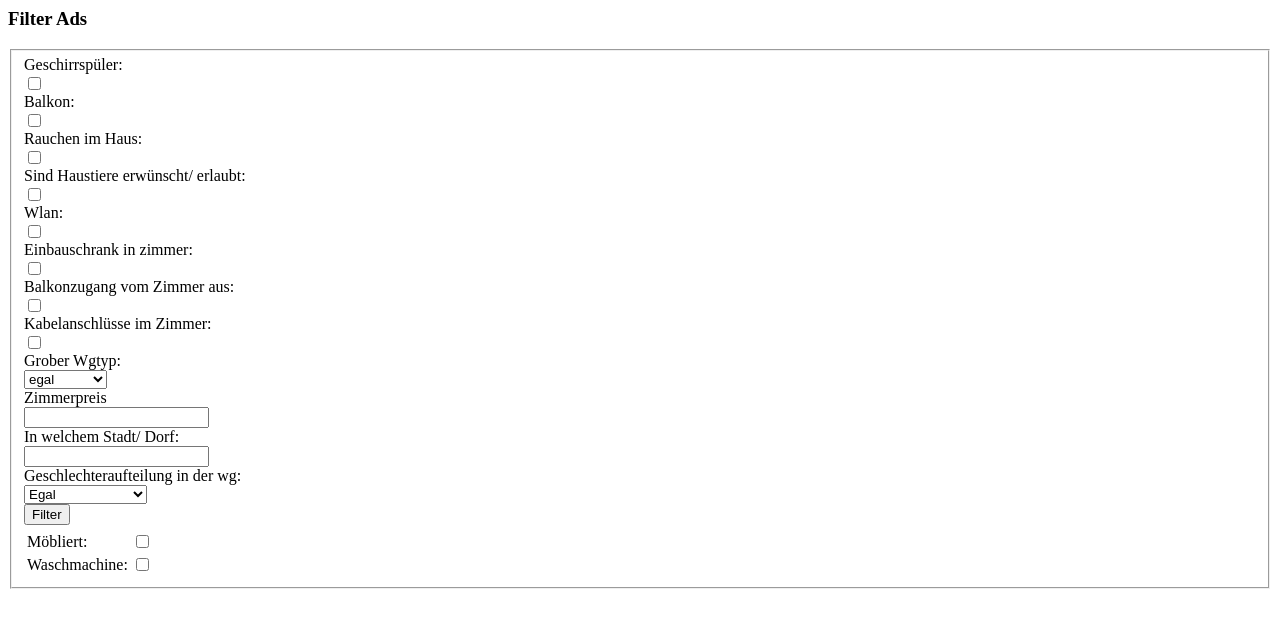
Repository: ese-unibe-ch/ese2014-team2
Page: http://localhost/Skeleton/pages/template/filter.jsp
The author's editor kept a copy of each file at every save. The page is drawn from the files as they stood at one save, then again after the next save.
The browser window is 1280 px wide. The pictures show the whole page.
The page is served by Tomcat 9. Nobody is signed in. The application's start-up code is not run. Other server files are loaded and not shown. The template is opened directly, without the code that normally fills it, so the values that code supplies are empty.

Above is the page before, as saved 2014-10-30 16:35:49.

### Skeleton/src/main/webapp/pages/template/filter.jsp
<%@ page language="java" pageEncoding="UTF-8" contentType="text/html;charset=utf-8" %>
<%@ taglib prefix="c" uri="http://java.sun.com/jsp/jstl/core" %>
<%@ taglib prefix="form" uri="http://www.springframework.org/tags/form" %>
<%@ taglib prefix="spring" uri="http://www.springframework.org/tags" %>

<div class="main">
	<div class="col-sm-12">
    	<div class="panel panel-default">
        	<div class="panel-heading">
            	<h3 class="panel-title">Filter Ads</h3>
            </div>
            <div class="panel-body">
              <form:form method="post" modelAttribute="filterForm" action="filterAds" id="filterForm" cssClass="form-horizontal" autocomplete="off" enctype="multipart/form-data">
		<fieldset>
			<table>
				<tr>
					<td></td>
					<td></td>
				</tr>

				<tr>
					<td>
						<label class="control-label" for="field-furnished">Möbliert:</label>
					</td>
					<td><div class="controls">
							<form:checkbox	path="furnished" id="field-furnished" tabindex="1" />
						</div>
					</td>
				</tr>

				<tr>
					<td>
						<label class="control-label" for="field-Laundry">Waschmachine:</label>
					</td>
					<td>
						<div class="controls">
							<form:checkbox	path="hasLaundry" id="field-Laundry" tabindex="2" />
						</div>
					</td>
				</tr>







						<label class="control-label" for="field-Dishwasher">Geschirrspüler:</label>
						<div class="controls">
						<form:checkbox	path="hasDishwasher" id="field-Dishwasher" tabindex="3" />
						</div>


						<label class="control-label" for="field-Balcony">Balkon:</label>
						<div class="controls">
						<form:checkbox	path="hasBalcony" id="field-Balcony" tabindex="4" />
						</div>




						<label class="control-label" for="field-smokingInside">Rauchen im Haus:</label>
						<div class="controls">
						<form:checkbox	path="smokingInside" id="field-smokingInside" tabindex="5" />
						</div>

						<label class="control-label" for="field-pets">Sind Haustiere erwünscht/ erlaubt:</label>
						<div class="controls">
						<form:checkbox	path="hasPets" id="field-pets" tabindex="6" />
						</div>


						<label class="control-label" for="field-wlan">Wlan:</label>
						<div class="controls">
						<form:checkbox	path="wlan" id="field-wlan" tabindex="7" />
						</div>


						<label class="control-label" for="field-closet">Einbauschrank in zimmer:</label>
						<div class="controls">
						<form:checkbox	path="hasBuiltInCloset" id="field-closet" tabindex="8" />
						</div>


					 </div>

					 <div class="controls-right">
						<label class="control-label" for="field-isToBalcony">Balkonzugang vom Zimmer aus:</label>
						<div class="controls">
						<form:checkbox	path="toBalcony" id="field-isToBalcony" tabindex="9" />
						</div>


						<label class="control-label" for="field-Cables">Kabelanschlüsse im Zimmer:</label>
						<div class="controls">
						<form:checkbox	path="hasCables" id="field-Cables" tabindex="10" />
						</div>


						<label class="control-label" for="field-wgType">Grober Wgtyp:</label>
						<div class="controls">
							<form:select path="wgType" id="field-wgType"
								tabindex="7">
								<option value="undef">egal</option>
								<option value="wild">eher wild</option>
								<option value="calm">eher ruhig</option>


							</form:select>
						</div>


						<label class="control-label" for="field-roomPrice">Zimmerpreis</label>
						<div class="controls">
						<form:input path="roomPrice" id="field-roomPrice" tabindex="11"
					maxlength="10" />
					 	</div>



						<label class="control-label" for="field-city">In welchem Stadt/ Dorf:</label>
						<div class="controls">
						<form:input path="city" id="field-city" tabindex="12"
					maxlength="10" />
						</div>

						<label class="control-label" for="field-wgGender">Geschlechteraufteilung in der wg: </label>

						<div class="controls">
							<form:select path="wgGender" id="field-wgGender"
								tabindex="13">
								<option value="dontcare"> Egal</option>
								<option value="female">Reine Frauenwg</option>
								<option value="male">Reine Männerwg</option>


							</form:select>
						</div>
					 		<button type="submit" class="btnpink">Filter</button>
						</div>
			</table>
		</fieldset>
		</form:form>
            </div>
          </div>





</div>

After the next save:
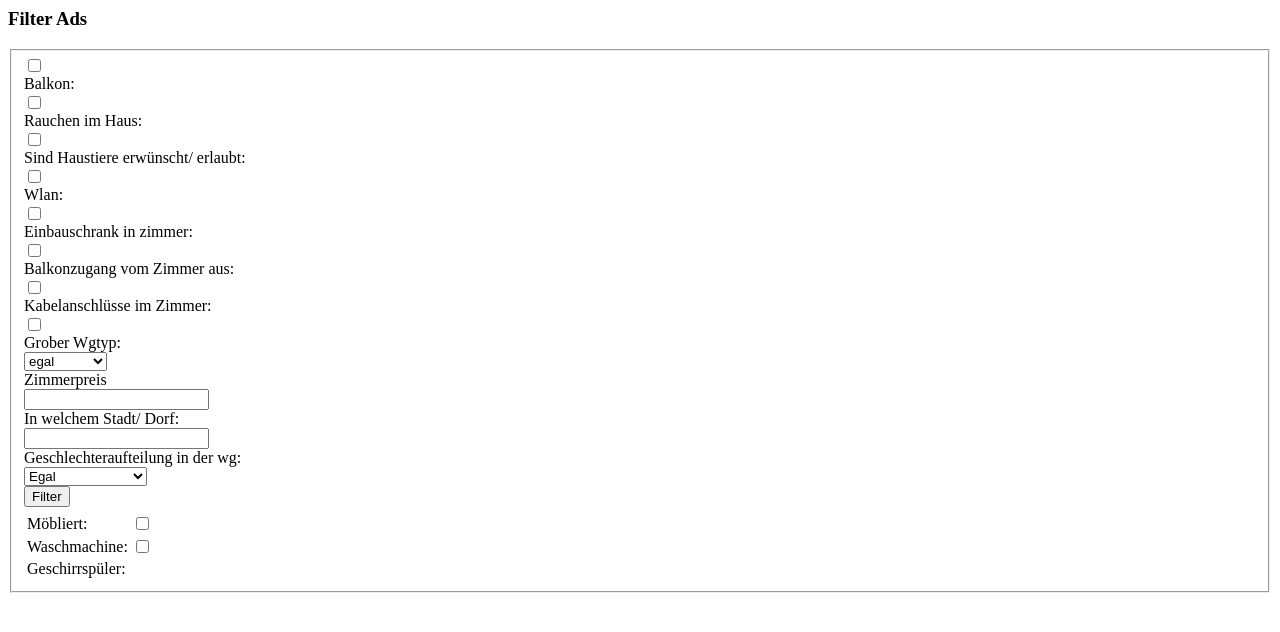
Saved 16 s later.
--- a/Skeleton/src/main/webapp/pages/template/filter.jsp
+++ b/Skeleton/src/main/webapp/pages/template/filter.jsp
@@ -39,13 +39,18 @@
 					</td>
 				</tr>
 
+				<tr>
+					<td>
+						<label class="control-label" for="field-Dishwasher">Geschirrspüler:</label>
+					</td>
+					<td></td>
+				</tr>
 
 
 
 
 
 
-						<label class="control-label" for="field-Dishwasher">Geschirrspüler:</label>
 						<div class="controls">
 						<form:checkbox	path="hasDishwasher" id="field-Dishwasher" tabindex="3" />
 						</div>
